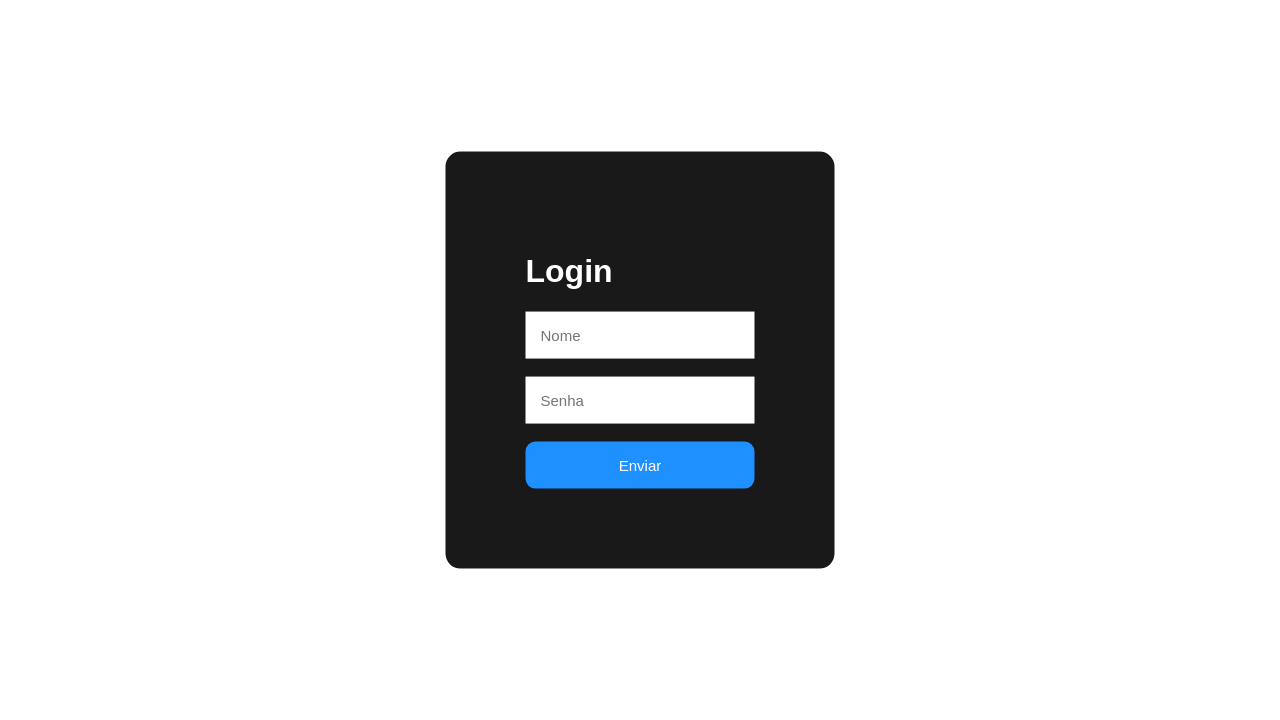
Repository: Vitor4863/Projeto-MetalBull
Page: http://localhost/MetalBull/
The author's editor kept a copy of each file at every save. The page is drawn from the files as they stood at one save, then again after the next save.
The browser window is 1280 px wide. The pictures show the whole page.
The page is served by Tomcat 9. Other server files are loaded and not shown.

Above is the page before, as saved 2022-06-23 21:39:00.

### MetalBull/src/main/webapp/index.jsp
<%@ page language="java" contentType="text/html; charset=ISO-8859-1"
    pageEncoding="ISO-8859-1"%>
<!DOCTYPE html>
<html>
<head>
<meta charset="ISO-8859-1">
<title>Insert title here</title>
</head>
<body>
 <style>
        body{
            font-family: Arial, Helvetica, sans-serif;
            background-image: linear-gradient(45deg, whith, black);
        }
        div{
            background-color: rgba(0, 0, 0, 0.9);
            position: absolute;
            top: 50%;
            left: 50%;
            transform: translate(-50%,-50%);
            padding: 80px;
            border-radius: 15px;
            color: #fff;
        }
        input{
            padding: 15px;
            border: none;
            outline: none;
            font-size: 15px;
        }
        button{
            background-color: dodgerblue;
            border: none;
            padding: 15px;
            width: 100%;
            border-radius: 10px;
            color: white;
            font-size: 15px;

        }
        button:hover{
            background-color: deepskyblue;
            cursor: pointer;
        }
    </style>
</head>
<body>
    <div>
        <h1>Login</h1>
        <input type="text" placeholder="Nome">
        <br><br>
        <input type="password" placeholder="Senha">
        <br><br>
        <button>Enviar</button>
    </div>
</body>
</html>

After the next save:
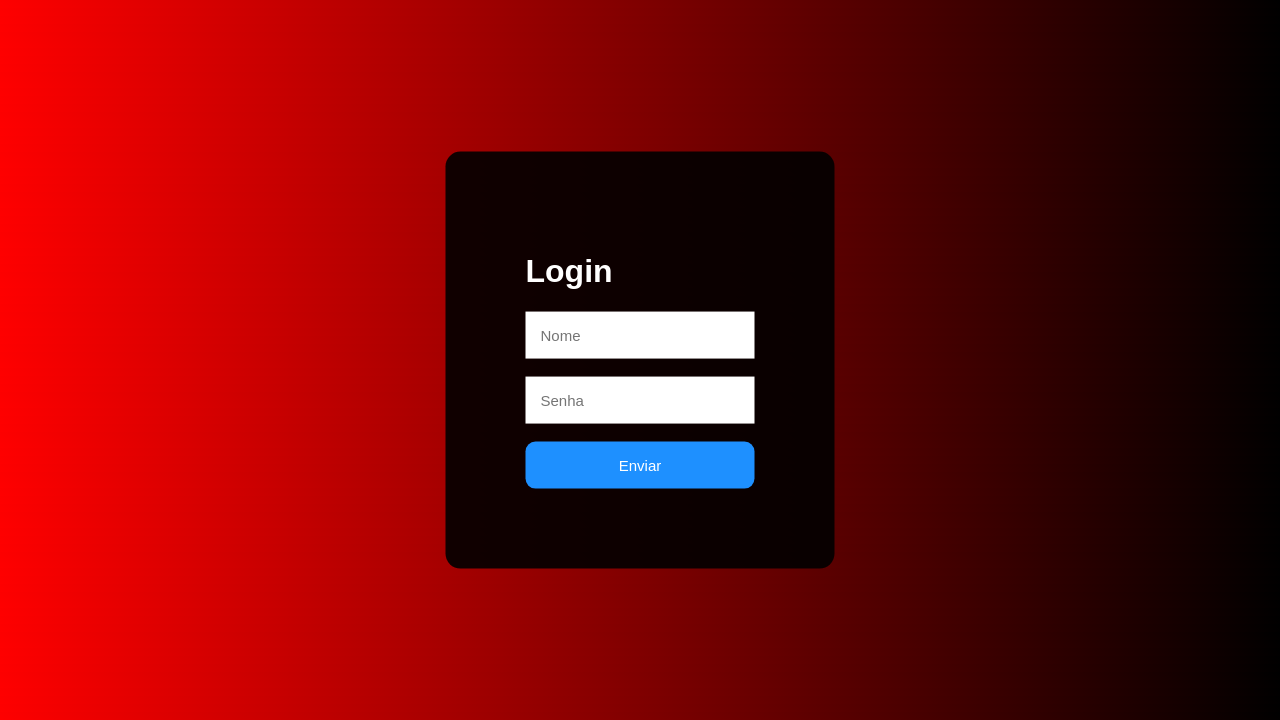
Saved 12 s later.
--- a/MetalBull/src/main/webapp/index.jsp
+++ b/MetalBull/src/main/webapp/index.jsp
@@ -10,7 +10,7 @@
  <style>
         body{
             font-family: Arial, Helvetica, sans-serif;
-            background-image: linear-gradient(45deg, whith, black);
+            background-image: linear-gradient(45deg, red, black);
         }
         div{
             background-color: rgba(0, 0, 0, 0.9);
